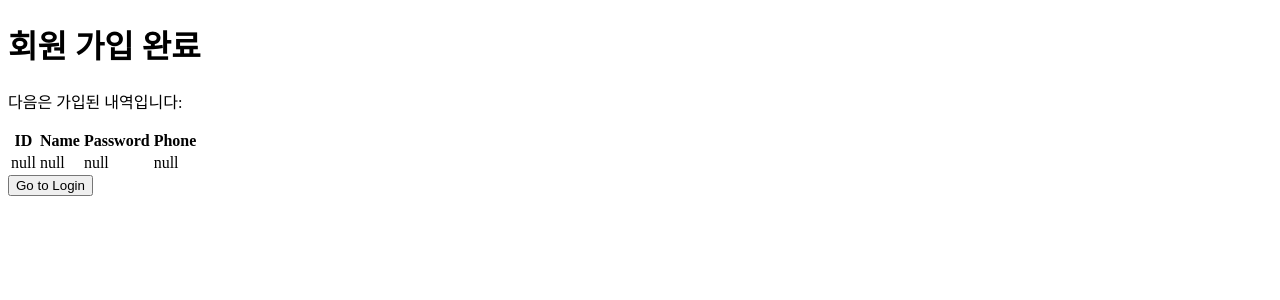
Repository: i-kemen/jsp
Page: http://localhost/WebTest/loginResult.jsp
An editor plug-in stored every save of this project. The page is shown before and after the next save, followed by the edit.
The browser window is 1280 px wide. The pictures show the whole page.
The page is served by Tomcat 10. Other server files are loaded and not shown.

Above is the page before, as saved 2023-06-22 09:48:49.

### WebTest/src/main/webapp/loginResult.jsp
<%@ page language="java" contentType="text/html; charset=UTF-8" pageEncoding="UTF-8" %>
<!DOCTYPE html>
<html>
<head>
    <meta charset="UTF-8">
    <title>회원 가입 완료</title>
</head>
<body>
    <h1>회원 가입 완료</h1>
    <p>다음은 가입된 내역입니다:</p>
    <table>
        <tr>
            <th>ID</th>
            <th>Name</th>
            <th>Password</th>
            <th>Phone</th>
        </tr>
        <tr>
            <td><%= request.getParameter("id") %></td>
            <td><%= request.getParameter("name") %></td>
            <td><%= request.getParameter("password") %></td>
            <td><%= request.getParameter("phone") %></td>
        </tr>
    </table>
    <script>
    function goToLoginPage() {
        location.href = "login.html";
    }
</script>

<button onclick="goToLoginPage()">Go to Login</button>


</body>
</html>

After the next save:
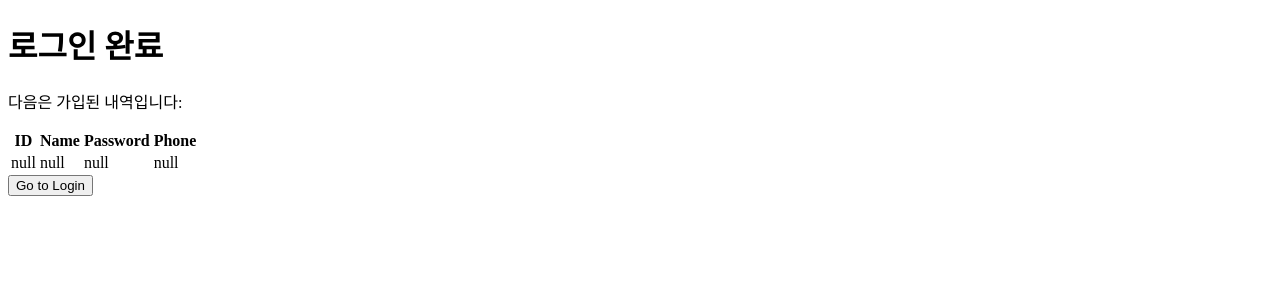
Saved 22 min 7 s later.
--- a/WebTest/src/main/webapp/loginResult.jsp
+++ b/WebTest/src/main/webapp/loginResult.jsp
@@ -3,10 +3,10 @@
 <html>
 <head>
     <meta charset="UTF-8">
-    <title>회원 가입 완료</title>
+    <title>로그인 완료</title>
 </head>
 <body>
-    <h1>회원 가입 완료</h1>
+    <h1>로그인 완료</h1>
     <p>다음은 가입된 내역입니다:</p>
     <table>
         <tr>
